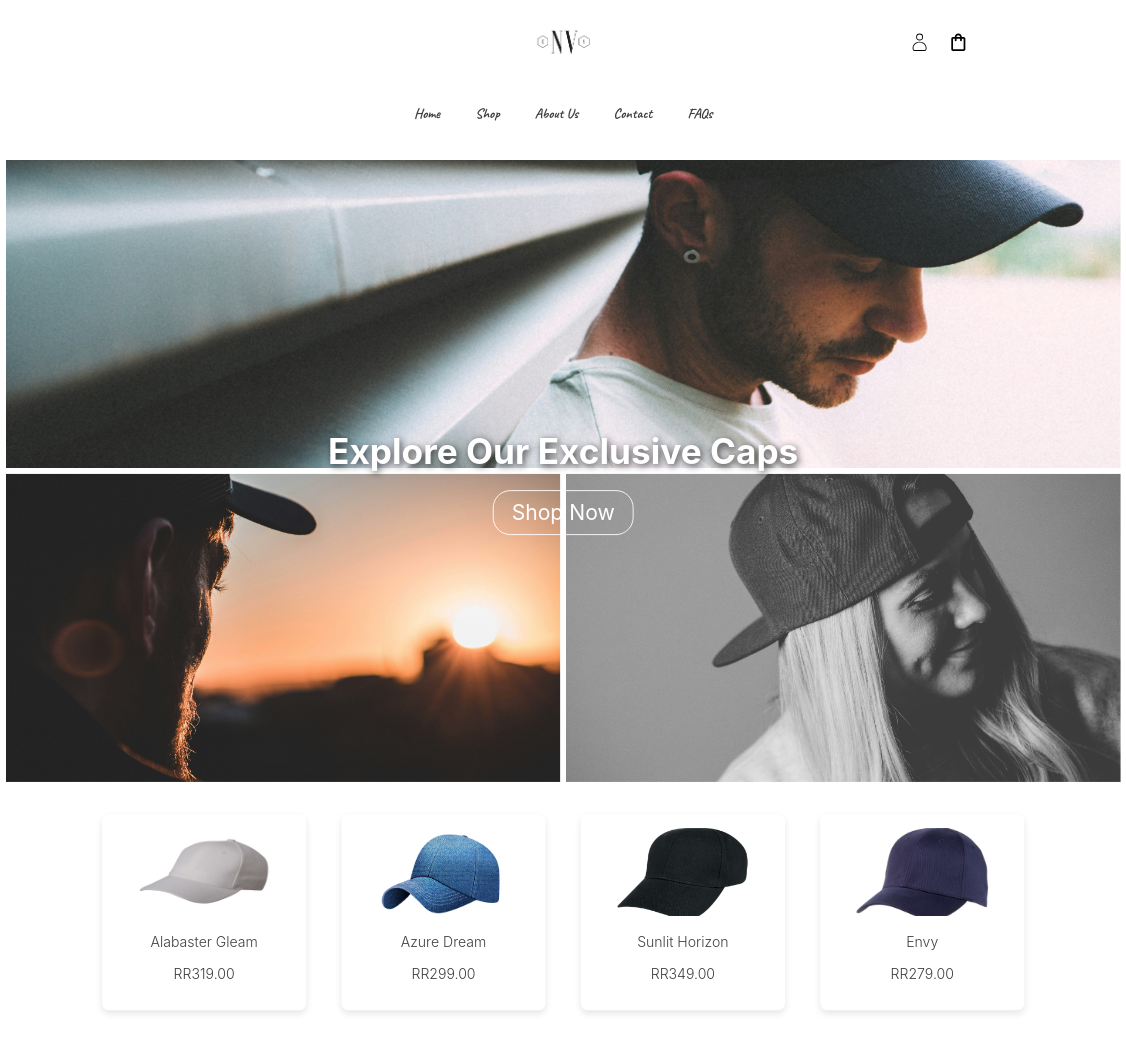
Repository: lasity34/new-envy
Page: / (app in my-new-envy/)
An editor plug-in stored every save of this project. The page is shown before and after the next save, followed by the edit.
The browser window is 1280 px wide. The pictures show the whole page, at 88% of full size.
The project was rebuilt for these pictures with package versions that can differ from the ones it lists, and the page was loaded fresh each time.

Above is the page before, as saved 2024-04-22 13:49:25.

### my-new-envy/public/index.html
<!DOCTYPE html>
<html lang="en">
  <head>
    <meta charset="utf-8" />
    <link rel="icon" href="%PUBLIC_URL%/logo.png" />
    <meta name="viewport" content="width=device-width, initial-scale=1" />
    <meta name="theme-color" content="#000000" />
    <meta
      name="description"
      content="Web site created using create-react-app"
    />
    <link rel="apple-touch-icon" href="%PUBLIC_URL%/logo.png" />
    <!--
      manifest.json provides metadata used when your web app is installed on a
      user's mobile device or desktop. See https://developers.google.com/web/fundamentals/web-app-manifest/
    -->
    <link rel="manifest" href="%PUBLIC_URL%/manifest.json" />
    <!--
      Notice the use of %PUBLIC_URL% in the tags above.
      It will be replaced with the URL of the `public` folder during the build.
      Only files inside the `public` folder can be referenced from the HTML.

      Unlike "/favicon.ico" or "favicon.ico", "%PUBLIC_URL%/favicon.ico" will
      work correctly both with client-side routing and a non-root public URL.
      Learn how to configure a non-root public URL by running `npm run build`.
    -->
    <link rel="preconnect" href="https://fonts.googleapis.com">
<link rel="preconnect" href="https://fonts.gstatic.com" crossorigin>
<link href="https://fonts.googleapis.com/css2?family=Crimson+Text:ital,wght@0,400;0,600;0,700;1,400;1,600;1,700&display=swap" rel="stylesheet">
<link href="https://fonts.googleapis.com/css2?family=Caveat:wght@400..700&display=swap" rel="stylesheet">
    <title>Envy</title>
  </head>
  <body>
    <noscript>You need to enable JavaScript to run this app.</noscript>
    <div id="root"></div>
    <!--
      This HTML file is a template.
      If you open it directly in the browser, you will see an empty page.

      You can add webfonts, meta tags, or analytics to this file.
      The build step will place the bundled scripts into the <body> tag.

      To begin the development, run `npm start` or `yarn start`.
      To create a production bundle, use `npm run build` or `yarn build`.
    -->
  </body>
</html>

### my-new-envy/src/App.tsx

import { BrowserRouter as Router } from 'react-router-dom';
import Header from './components/Header';
import HeroBanner from './components/HeroBanner';
import FeaturedProducts from './components/FeaturedProduct';


function App() {
  return (
    <Router>
      <div className="App">

          <Header />
          <HeroBanner />
          <FeaturedProducts />

      </div>
    </Router>
  );
}

export default App;

### my-new-envy/src/components/Header.tsx
import styled from "styled-components";
import { Link } from "react-router-dom";
import { CiUser } from "react-icons/ci";
import { MdOutlineShoppingBag } from "react-icons/md";

const HeaderContainer = styled.header`
  font-family: "Caveat", cursive;
  color: black;
  padding: 20px 0px;
  display: flex;
  justify-content: space-between;
  flex-direction: column;
  align-items: center; // Ensure everything in the header is centered
  width: 100%;
  text-align: center; // Centers the text elements within flex items
`;

const BannerContainer = styled.div`
  display: flex;
  justify-content: space-between;
  align-items: center;
  width: 100%;
`;

const SearchContainer = styled.div`
  flex: 1;
  display: flex; // Makes sure the search container can align its children
  justify-content: center; // Centering the search bar or content inside the container
`;

const LogoContainer = styled.div`
  flex: 1;
  display: flex;
  justify-content: center; // Ensure logo is centered
  align-items: center;
`;

const AccountCartContainer = styled.div`
  flex: 1;
  display: flex;
  justify-content: center; // Ensure icons are centered
  align-items: center;
`;

const IconNavLinks = styled.ul`
  display: flex;
  justify-content: center; // This will ensure icons are evenly spaced
  align-items: center;
  list-style: none;
  padding: 0; // Removes padding
  width: 100%; // Ensure it uses the full width available in the container
`;

const IconNavLink = styled.li`
  margin: 0 10px; // Spacing between icons
  a {
    color: black;
    text-decoration: none;
    font-size: 1.5rem;
    display: inline-block;

    &:hover {
      color: #f1c40f; // Color change on hover
    }
  }
`;

const Nav = styled.nav`
  width: 100%;
  display: flex;
  justify-content: center; // Center navigation links horizontally
  align-items: center;
  margin-top: 20px; // Added margin for spacing between banner and nav
`;

const NavLinks = styled.ul`
  list-style: none;
  display: flex;
  justify-content: center; // Ensures links are centered within the navigation
  align-items: center;
  padding: 0;
  width: 100%; // Full width to center all items properly
`;

const NavLink = styled.li`
  margin: 0 20px;
  a {
    color: #433f3e;
    text-decoration: none;
    font-weight: bold;
    position: relative;

    &::after {
      content: '';
      position: absolute;
      bottom: -5px;
      left: 50%;
      width: 0;
      height: 2px;
      background-color: black;
      transition: width 0.5s ease, left 0.5s ease;
      transform: translateX(-50%);
    }

    &:hover::after {
      width: 100%;
      transform: translateX(-50%);
    }
  }
`;

const CapImage = styled.img`
  width: 80px; // Adjust as needed
`;

const Header = () => {
  return (
    <HeaderContainer>
      <BannerContainer>
        <SearchContainer></SearchContainer>
        <LogoContainer>
          <Link to="/">
            <CapImage src="images/logo.png" alt="Queue Caps Logo" />
          </Link>
        </LogoContainer>
        <AccountCartContainer>
          <IconNavLinks>
            <IconNavLink>
              <Link to="/account">
                <CiUser />
              </Link>
            </IconNavLink>
            <IconNavLink>
              <Link to="/cart">
              <MdOutlineShoppingBag />
              </Link>
            </IconNavLink>
          </IconNavLinks>
        </AccountCartContainer>
      </BannerContainer>
      <Nav>
        <NavLinks>
          <NavLink><Link to="/">Home</Link></NavLink>
          <NavLink><Link to="/shop">Shop</Link></NavLink>
          <NavLink><Link to="/about">About Us</Link></NavLink>
          <NavLink><Link to="/contact">Contact</Link></NavLink>
          <NavLink><Link to="/faq">FAQs</Link></NavLink>
        </NavLinks>
      </Nav>
    </HeaderContainer>
  );
};

export default Header;

### my-new-envy/src/components/HeroBanner.tsx
import styled from 'styled-components';
import { Link } from 'react-router-dom';

const BannerContainer = styled.div`
  width: 100vw; // Ensures it takes the full viewport width
  height: 100vh; // Sets the height to full viewport height
  background-image: url('images/hero-background.png'); // Background image for the banner
  background-size: cover; // Ensures the background covers the entire area
  background-repeat: no-repeat; // No repetition of the background image
  background-position: center center; // Centers the background image
  display: flex;
  justify-content: center;
  align-items: center;
  flex-direction: column;
  text-align: center;
  color: white;
  position: relative; // Ensures proper positioning
`;

const Tagline = styled.h1`
  font-size: 2.5rem; // Large font size for main tagline
  margin-bottom: 20px; // Margin below the tagline
  text-shadow: 2px 2px 8px rgba(0,0,0,0.7); // Text shadow for better legibility
`;

const ShopButton = styled(Link)`
  padding: 10px 20px; // Padding for button size
  color: white; // Text color
  font-size: 1.5rem; // Font size for the text on the button
  font-weight: normal; // Normal font weight for thinner text appearance
  background-color: transparent; // Transparent background
  border: 1px solid white; // Thin white border
  border-radius: 20px; // Rounded corners for the button
  text-decoration: none; // No text decoration
  transition: background-color 0.3s, color 0.3s; // Smooth transition for hover effects

  &:hover {
    background-color: white;
    color: black; // Text color changes on hover
  }
`;

const HeroBanner = () => {
  return (
    <BannerContainer>
      <Tagline>Explore Our Exclusive Caps</Tagline>
      <ShopButton to="/shop">Shop Now</ShopButton>
    </BannerContainer>
  );
};

export default HeroBanner;

### my-new-envy/src/components/FeaturedProduct.tsx
// Assuming you are in FeaturedProducts.tsx or a similar file
import React from 'react';
import styled from 'styled-components';
import ProductCard from './ProductCard';
import { products } from '../data';  // This should correctly import the array of products
import { Product } from '../types';  // Importing the Product type definition

const ProductsContainer = styled.div`
    display: flex;
    flex-wrap: wrap;
    justify-content: center;
    gap: 20px; // Provides space between cards
    padding: 20px;
`;

const FeaturedProducts: React.FC = () => {
    return (
        <ProductsContainer>
            {products.map((product: Product) => (
                <ProductCard key={product.id} product={product} />
            ))}
        </ProductsContainer>
    );
};

export default FeaturedProducts;

### my-new-envy/src/components/ProductCard.tsx
// src/components/ProductCard.tsx
import React from 'react';
import styled from 'styled-components';
import { ProductCardProps } from '../types'; // Importing type definitions

const CardContainer = styled.div`
    padding: 16px;
    text-align: center;
    width: 200px; // Fixed width for grid display
    margin: 10px;
    box-shadow: 0 4px 8px rgba(0,0,0,0.1); // Adds subtle shadow for depth
    background: #fff; // Set a white background
    border-radius: 8px; // Optional: rounds the corners of the container
`;

const ProductImage = styled.img`
    width: 150px;  // Set specific width
    height: 100px; // Set specific height to maintain uniformity
    margin-bottom: 10px;
    border-radius: 4px; // Rounds the corners of the image
    object-fit: cover; // Ensures the image fills the frame without distorting
`;

const ProductName = styled.h2`
    font-size: 1rem; // Reduced for a slimmer look
    color: #404040; // Dark gray for a professional appearance
    font-weight: 300; // Lighter font weight for slim text
    margin: 5px 0;  // Reduced vertical spacing
`;

const ProductPrice = styled.p`
    font-size: 1rem;
    color: #404040; // Same color as the product name for uniformity
    font-weight: 300; // Lighter font weight to match the name's slim appearance
`;

const ProductCard: React.FC<ProductCardProps> = ({ product }) => {
    return (
        <CardContainer>
            <ProductImage src={product.imageUrl} alt={product.name} />
            <ProductName>{product.name}</ProductName>
            <ProductPrice>R{product.price}.00</ProductPrice>
        </CardContainer>
    );
}

export default ProductCard;

### my-new-envy/src/data.ts
// src/data.ts
import { Product } from "./types";

export const products: Product[] = [
    {
        id: 'cap-alabaster-gleam',
        name: 'Alabaster Gleam',
        imageUrl: '/images/white-cap.png',
        price: 'R319'
    },
    {
        id: 'cap-azure-dream',
        name: 'Azure Dream',
        imageUrl: '/images/blue-cap.png',
        price: 'R299'
    },
    {
        id: 'cap-sunlit-horizon',
        name: 'Sunlit Horizon',
        imageUrl: '/images/black-cap.png',
        price: 'R349'
    },

    {
        id: 'cap-envy',
        name: 'Envy',
        imageUrl: '/images/dark-blue-cap.png',
        price: 'R279'
    }
];

Loaded but not shown: my-new-envy/src/index.tsx (common file); my-new-envy/src/index.css (common file); my-new-envy/src/reportWebVitals.ts (common file)

After the next save:
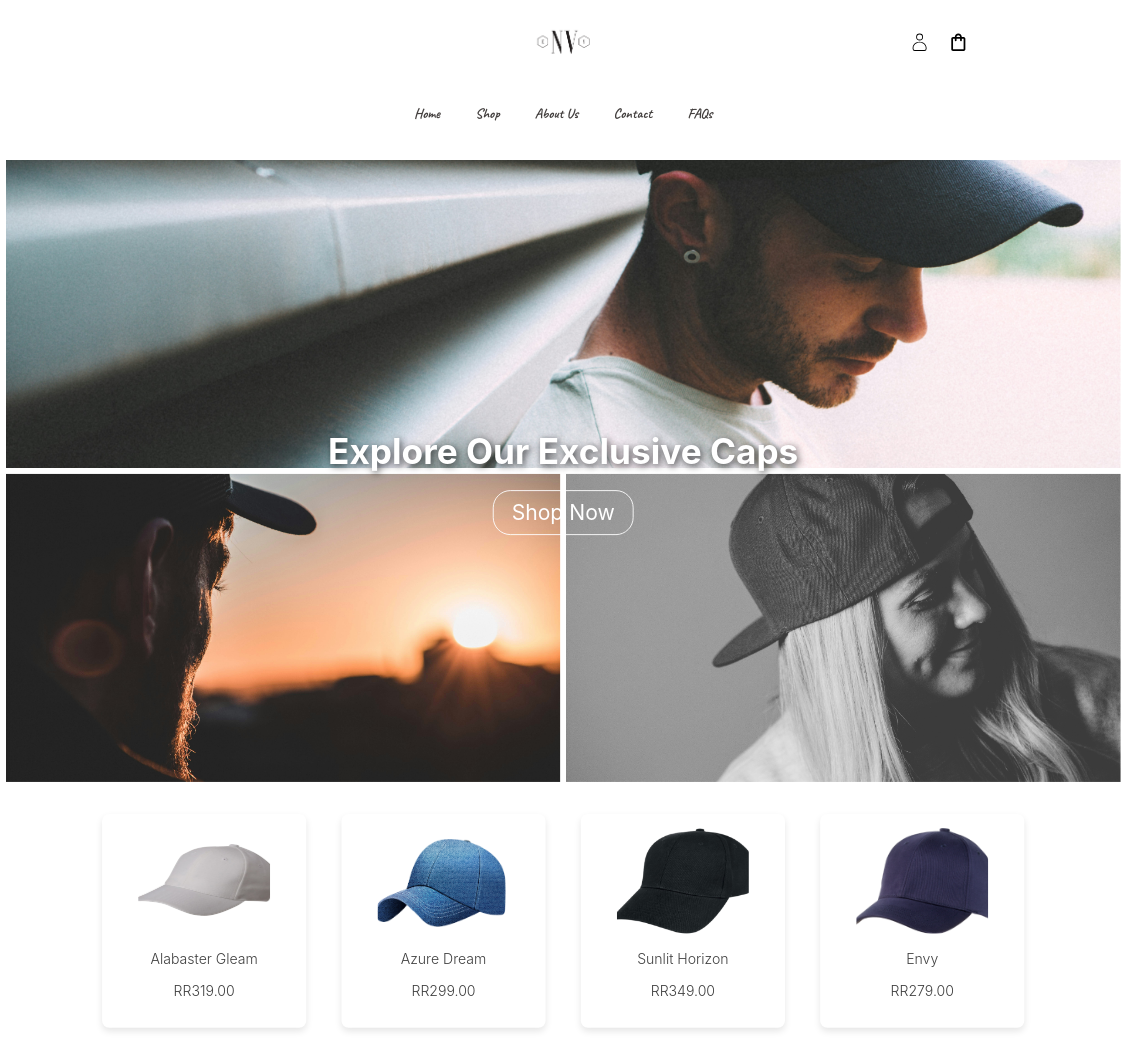
Saved 9 s later.
--- a/my-new-envy/src/components/ProductCard.tsx
+++ b/my-new-envy/src/components/ProductCard.tsx
@@ -15,7 +15,7 @@ const CardContainer = styled.div`
 
 const ProductImage = styled.img`
     width: 150px;  // Set specific width
-    height: 100px; // Set specific height to maintain uniformity
+    height: 120px; // Set specific height to maintain uniformity
     margin-bottom: 10px;
     border-radius: 4px; // Rounds the corners of the image
     object-fit: cover; // Ensures the image fills the frame without distorting
